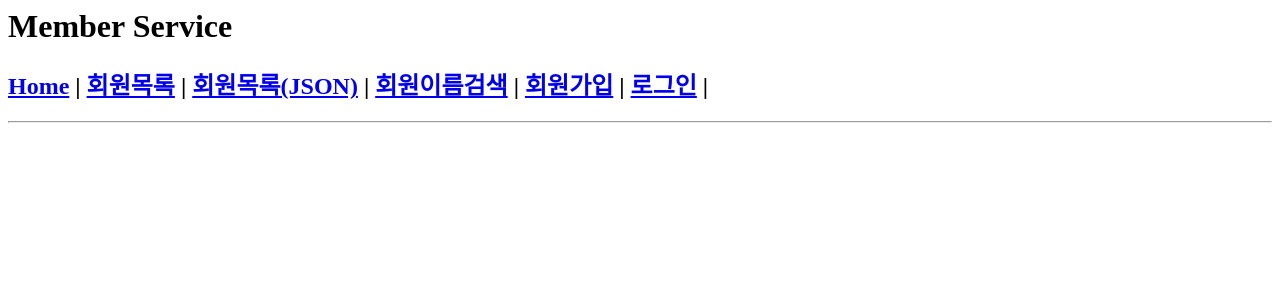
Repository: siucrystal/siuproject
Page: http://localhost/mini_project/topmenu.jsp
These files come from the project's save history. The page is drawn as it stood at one moment and after the next save; the edit follows.
The browser window is 1280 px wide. The pictures show the whole page.
The page is served by Tomcat 9. Other server files are loaded and not shown.

Above is the page before, as saved 2023-09-20 04:17:31.

### jspws/mini_project/src/main/webapp/topmenu.jsp
<%@ page language="java" contentType="text/html; charset=UTF-8"
    pageEncoding="UTF-8"%>
<script>
	function deleteConfirm() {
		const input = confirm("회원 탈퇴 하실건가요?");
		if (input) {
			location.href = "delete.jsp";
		}
		else return;
	};
	function deleteConfirm2() {
		const input = confirm("회원 탈퇴 하실건가요?");
		if (input) {
			location.href = "deleteJson.jsp";
		}
		else return;
	};
</script>
<h1>Member Service</h1>
<h2>
<a href="index.do">Home</a> |
<a href="memberList.do">회원목록</a> |
<a href="memberListJson.do">회원목록(JSON)</a> |
<a href="searchJson.jsp">회원이름검색</a> |

<% if (session.getAttribute("id") == null) { %>
	<a href="join.do">회원가입</a> |
	<a href="login.do">로그인</a> |

<% } else { %>
	<a href="update.do">정보수정</a> |
	<a href="updateJson.jsp">정보수정(JSON)</a> |
	<a href="#" onclick="deleteConfirm();">회원탈퇴</a> |
	<a href="#" onclick="deleteConfirm2();">회원탈퇴(JSON)</a> |
	<a href="logout.do">로그아웃</a> | <br>
	<%=session.getAttribute("name") %>(<%=session.getAttribute("id") %>) 로그인 중
<% } %>
</h2>
<hr>

After the next save:
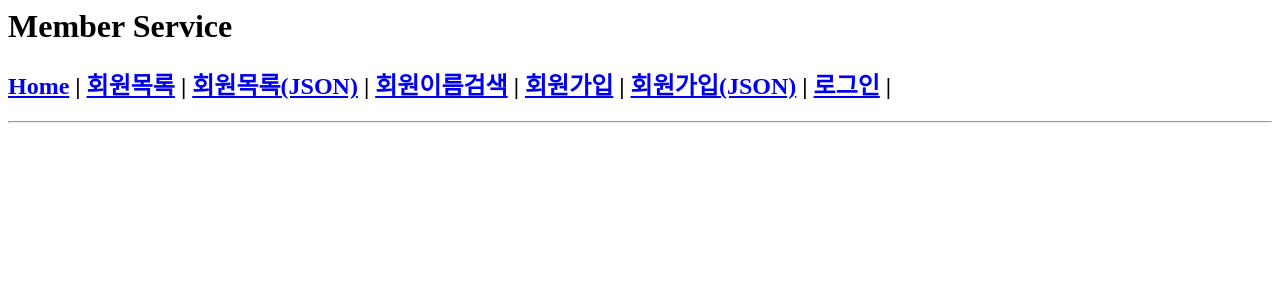
Saved 31 s later.
--- a/jspws/mini_project/src/main/webapp/topmenu.jsp
+++ b/jspws/mini_project/src/main/webapp/topmenu.jsp
@@ -25,6 +25,7 @@
 
 <% if (session.getAttribute("id") == null) { %>
 	<a href="join.do">회원가입</a> |
+	<a href="joinJson.do">회원가입(JSON)</a> |
 	<a href="login.do">로그인</a> |
 
 <% } else { %>
